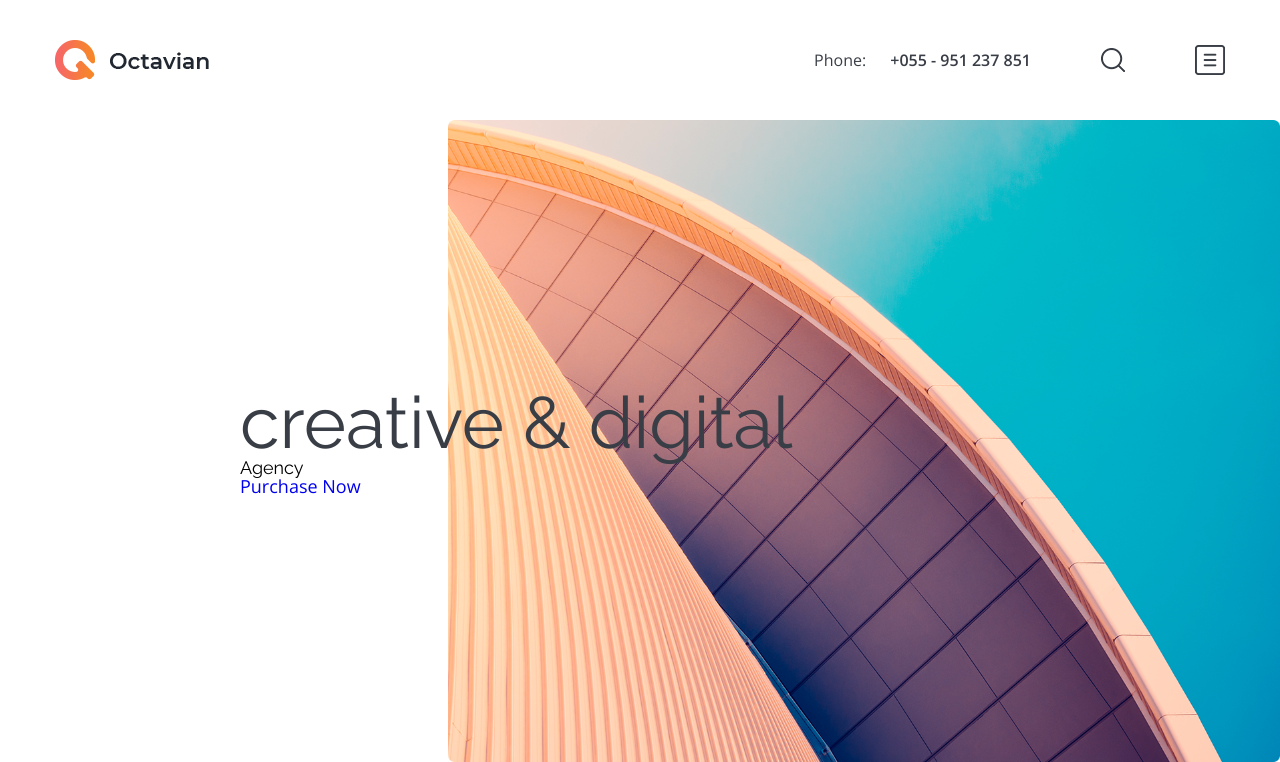
Repository: huydev0401/octavian-1
Page: index.html
The author's editor kept a copy of each file at every save. The page is drawn from the files as they stood at one save, then again after the next save.
The browser window is 1280 px wide. The pictures show the whole page.
The style sheet was rebuilt from its Sass, Less or Tailwind sources for each picture, by a compiler version that may differ from the author's.

Above is the page before, as saved 2021-09-02 13:48:07.

### index.html
<!DOCTYPE html>
<html lang="en">
  <head>
    <meta charset="UTF-8" />
    <meta http-equiv="X-UA-Compatible" content="IE=edge" />
    <meta name="viewport" content="width=device-width, initial-scale=1.0" />
    <title>Octavian 1</title>
    <link rel="preconnect" href="https://fonts.googleapis.com">
    <link rel="preconnect" href="https://fonts.gstatic.com" crossorigin>
    <link
        href="https://fonts.googleapis.com/css2?family=Open+Sans:ital,wght@0,300;0,400;0,600;1,700&family=Raleway:wght@400;600;700;800&display=swap"
        rel="stylesheet">
    <link href="https://unpkg.com/ionicons@4.5.10-0/dist/css/ionicons.min.css" rel="stylesheet">
    <link rel="stylesheet" href="./css/app.css">
  </head>
  <body>
    <div class="wrapper">
        <header class="header">
            <div class="container">
                <div class="header-main">
                    <a href="index.html" class="header-logo">
                        <img src="./images/logo.png" alt="">
                    </a>
                    <div class="navigation">
                        <span class="header-phone">
                            Phone: <a href="tel: +055 - 951 237 851">+055 - 951 237 851</a>
                        </span>
                        <img src="./images/icon-search.png" alt="" class="icon-search">
                        <img src="./images/icon-bars.png" alt="" class="menu-toogle">
                    </div>
                </div>
            </div>
        </header>
        <main class="main">
            <div class="hero">
                <img src="./images/img1.png" alt="" class="hero-image">
                <div class="hero-content">
                    <h2 class="hero-caption">
                        creative & digital
                    </h2>
                    <h1 class="hero-heading">
                        Agency
                    </h1>
                    <a href="#" class="hero-link">Purchase Now</a>
                </div>
            </div>
        </main>
    </div>
  </body>
</html>

### scss/app.scss
@import "variables";
@import "reset";
@import "base";
@import "header";
@import "hero";

### scss/_variables.scss
$primary-font: "Open Sans", sans-serif;
$secondary-font: "Raleway", sans-serif;
$gray: #393e46;
$gray-dark: #282f3a;
$gray-darkest: #252b36;
$gray-light: #6a727f;
$gray-lightest: #f8f8f9;
$blue-color: #4a44f2;

### scss/_base.scss
*,
*:before,
*:after {
  box-sizing: border-box;
}
/* using rem unit */
html {
  font-size: 62.5%;
  scroll-behavior: smooth;
}
a {
  text-decoration: none;
}
img {
  display: block;
  max-width: 100%;
}
body {
  font-family: $primary-font;
  font-size: 18px;
  line-height: 1;
}
input,
button,
textarea,
select {
  outline: none;
  font-family: "Poppins", sans-serif;
  font-size: 16px;
  line-height: 1;
}
input {
  line-height: normal;
}
button {
  cursor: pointer;
}

.wrapper {
  max-width: 1920px;
  margin: 0 auto;
}

.container {
  max-width: 1200px;
  margin: 0 auto;
  padding-left: 15px;
  padding-right: 15px;
}

h1,
h2,
h3,
h4,
h5,
h6 {
  font-family: $secondary-font;
}

### scss/_header.scss
.header {
  &-main {
    padding: 40px 0;
    display: flex;
    align-items: center;
    justify-content: space-between;
  }
  &-logo {
    display: inline-block;
  }
  &-phone {
    display: inline-block;
    font-size: 16px;
    font-weight: 300;
    color: $gray;
    a {
      font-weight: 600;
      color: inherit;
      margin-left: 20px;
    }
  }
}

.navigation {
  display: flex;
  align-items: center;
  gap: 0 70px;
}

### scss/_hero.scss
.hero {
  position: relative;
  &-image {
    margin-left: auto;
    max-width: 65%;
  }
  &-content {
    position: absolute;
    left: 18.75%;
    top: 50%;
    transform: translateY(-50%);
  }
  &-caption {
    font-size: 72px;
    color: $gray;
    font-weight: 600px;
  }
}

Loaded but not shown: scss/_reset.scss (common file)

After the next save:
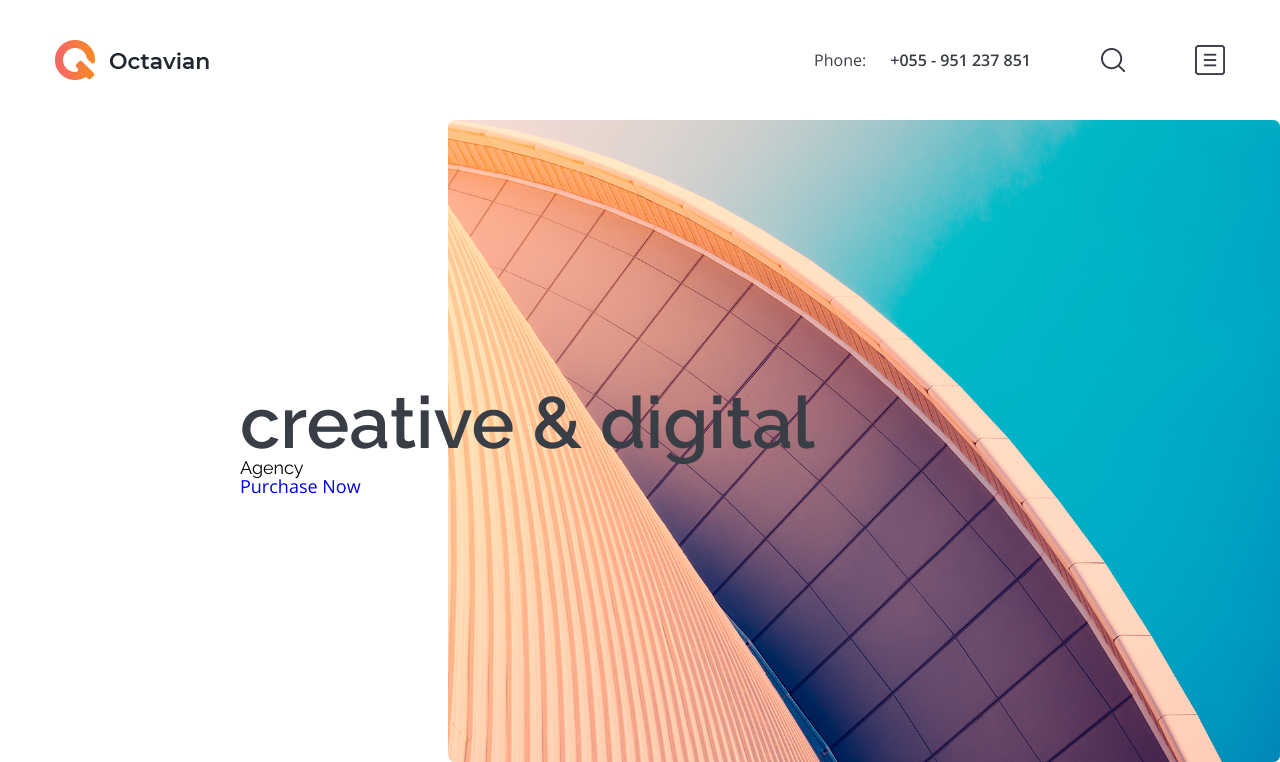
Saved 49 s later.
--- a/scss/_hero.scss
+++ b/scss/_hero.scss
@@ -13,6 +13,6 @@
   &-caption {
     font-size: 72px;
     color: $gray;
-    font-weight: 600px;
+    font-weight: 600;
   }
 }
